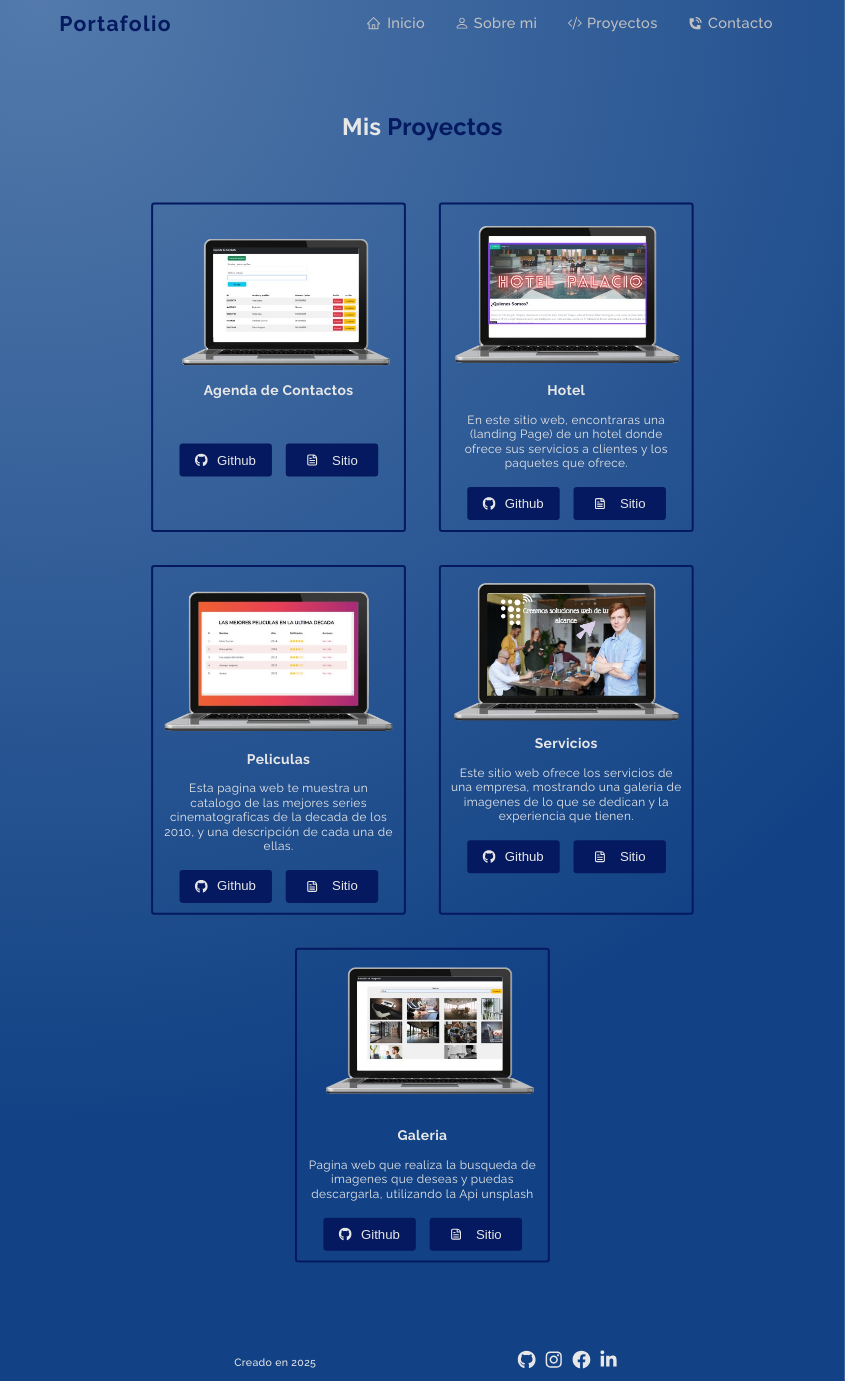
Repository: Francisco-Escobar99/portafolio
Page: /Project
The author's editor kept a copy of each file at every save. The page is drawn from the files as they stood at one save, then again after the next save.
The browser window is 1280 px wide. The pictures show the whole page, at 66% of full size.
The project was rebuilt for these pictures with package versions that can differ from the ones it lists, and the page was loaded fresh each time. Also part of the build but not shown: vite.config.js, src/Components/Type.jsx, src/Components/Home.jsx, src/Components/Skills.jsx, src/Components/About.jsx, src/Components/Contact.jsx, src/App.css.

Above is the page before, as saved 2026-02-17 23:08:49.

### index.html
<!doctype html>
<html lang="en">
  <head>
    <meta charset="UTF-8" />
    <meta name="viewport" content="width=device-width, initial-scale=1.0" />
    <meta name="viewport"    content="width=device-width, initial-scale=1" />
    <meta name="author" content="Francisco Escobar">
    <meta name="description" content="Personal portfolio made using Reactjs"/>
    <meta property="og:title" content="Francisco Escobar portafolio">
    <meta property="og:type" content="Website">

    <title>Portafolio</title>
    <link href="https://fonts.googleapis.com/css2?family=Raleway:wght@100;400;500;700&display=swap" rel="stylesheet">
    <link rel="preconnect" href="https://fonts.googleapis.com">
    <link rel="preconnect" href="https://fonts.gstatic.com" crossorigin>
  </head>
  <body>
    <div id="root"></div>
    <script type="module" src="/src/main.jsx"></script>
  </body>
</html>

### src/App.jsx
import { Route, Routes, useLocation } from "react-router-dom";
import { useEffect, useState } from "react";
import { TransitionGroup, CSSTransition } from "react-transition-group";
import Nav from "./Components/Navbar";
import Footer from "./Components/Footer";
import Home from "./Components/Home";
import About from "./Components/About";
import Project from "./Components/Projects";
import Contact from "./Components/Contact";
import MoveToTop from "./Components/MoveToTop";
import CircleLoader from "react-spinners/CircleLoader";
import "./App.css";
2
function App() {
  const [loading, setLoading] = useState(true);
  const location = useLocation();

  useEffect(() => {
    setLoading(true);

    setTimeout(() => {
      setLoading(false);
    }, 1900);
  }, []);

  return (
    <div>
      {loading ? (
        <div className="loader">
          <CircleLoader
            color={"#011c38"}
            loading={true}
            size={100}
            aria-label="Loading Spinner"
            data-testid="loader"
          />
        </div>
      ) : (
        <>
          <Nav />
          <MoveToTop />

          <TransitionGroup>
            <CSSTransition key={location.key} classNames="fade" timeout={500}>
              <Routes location={location}>
                <Route path="/" element={<Home />} />
                <Route path="/About" element={<About />} />
                <Route path="/Project" element={<Project />} />
                <Route path="/Contact" element={<Contact />} />
              </Routes>
            </CSSTransition>
          </TransitionGroup>

          <Footer />
        </>
      )}
    </div>
  );
}

export default App;

### src/index.css
* {
  margin: 0;
  padding: 0;
}

#root {
  min-height: 100vh;
  position: relative;
  overflow-x: hidden;
  -webkit-tap-highlight-color: transparent;
  --color: #04195f;
}
body {
  font-family: "Raleway", sans-serif;
  background: radial-gradient(
    1700px circle at 4.48% 0%,
    #537aab 0%,
    #124285 100%
  );
  color: #e7e7e7;
  min-height: 100vh;
}

b {
  font-weight: 900;
  color: var(--color);
}

.loader {
  height: 100vh;
  display: flex;
  justify-content: center;
  align-items: center;
}
button {
  font-size: 20px;
  display: inline-flex;
  align-items: center;
  justify-content: space-evenly;
  width: 40%;
  margin: 25px 3% 0;
  padding: 10px;
  border-radius: 5px;
  background-color: var(--color);
  color: #e7e7e7;
  height: 50px;
  cursor: pointer;
  text-decoration: none;
  border-style: none;
}

button:hover {
  color: var(--color);
  background-color: #e7e7e7;
  transition: all ease-in-out 0.3s;
}

/* Scrollbar */
::-webkit-scrollbar {
  width: 10px;
  scroll-behavior: smooth;
}
::-webkit-scrollbar-track {
  background: #274656;
  border-radius: 100px;
}
::-webkit-scrollbar-thumb {
  background: #01111a;
  border-radius: 100px;
}

/* NAVBAR */

.Navbar {
  display: flex;
  justify-content: space-between;
  align-items: center;
  position: fixed;
  width: 100%;
  z-index: 2;
  height: 70px;
  top: 0;
  transition: all 0.7s;
}

.blur {
  background-color: #01111a8d;
  backdrop-filter: blur(15px);
  -webkit-backdrop-filter: blur(20px);
}

.Logo {
  font-size: 32px;
  letter-spacing: 2px;
  padding-left: 7%;
  color: var(--color);
  display: flex;
  align-items: center;
  text-align: center;
  cursor: pointer;
}

.NavbarLinks {
  display: flex;
  justify-content: space-between;
  align-items: center;
  padding-right: 7%;
  font-weight: 500;
  font-size: 22px;
}

.NavbarLinks li {
  padding: 2px 20px;
  list-style-type: none;
}

.NavbarLinks a {
  color: #c2c1c2;
  display: flex;
  align-items: center;
  justify-content: space-between;
  position: relative;
  width: 95%;
  padding: 2px 7px;
  letter-spacing: 0.5px;
  text-decoration: none;
}

.NavbarLinks a:hover {
  color: #ffffff;
}
.NavbarLinks a::after {
  background-color: #ffffff;
  content: "";
  position: absolute;
  height: 3px;
  left: 5px;
  bottom: 0;
  width: 0px;
  border-radius: 2px;
  transition: 0.3s;
}
.NavbarLinks a:hover:after {
  width: 95%;
}
.Hamburger {
  display: none;
}

@media (max-width: 800px) {
  .Navbar {
    width: 100%;
  }

  .NavbarLinks {
    font-size: 26px;
    display: flex;
    flex-direction: column;
    justify-content: flex-start;
    position: fixed;
    inset: 0 0 0 50%;
    gap: 50px;
    background-color: #0c2f69;
    height: 100vh;
    padding-top: max(20%, 120px);
    transform: translateX(100%);
    transition: 0.5s;
  }

  .showNavbar {
    transform: translateX(0);
  }

  .Hamburger {
    display: block;
    z-index: 2;
    padding: 5px;
    padding-right: 7%;
    cursor: pointer;
  }

  .bar {
    display: block;
    background-color: #e7e7e7;
    border-radius: 50px;
    height: 2.5px;
    width: 30px;
    margin: 6px;
    transition: 0.5s;
  }
  .barOne {
    rotate: -225deg;
    position: relative;
    top: 4px;
    transition: 0.5s;
  }
  .barTwo {
    display: none;
  }
  .barThree {
    position: relative;
    bottom: 4px;
    rotate: 225deg;
    transition: 0.5s;
  }
}

/* HOME PAGE */

.HomePage {
  display: flex;
  justify-content: space-evenly;
  min-height: 80vh;
  margin-top: 100px;
  margin-bottom: -50px;
  align-items: center;
}
.HomeText h1 {
  font-weight: 600;
  font-size: 38px;
  letter-spacing: 0.7px;
  padding-top: 10px;
}

.TypeEffect {
  padding: 25px 0px;
  font-weight: 600;
  font-size: 32px;
  letter-spacing: 0.6px;
}
.Avatar {
  height: 355px;
  width: 600px;
  mix-blend-mode: screen;
}

@media (max-width: 900px) {
  .HomePage {
    display: block;
    text-align: center;
    margin-top: 150px;
    padding: 25px;
  }
  .HomeText {
    text-align: left;
    display: inline-block;
  }
}

@media (max-width: 500px) {
  .HomePage {
    min-height: 70vh;
  }
  .NavbarLinks {
    inset: 0 0 0 30%;
  }
  .HomeText h1 {
    font-weight: 500;
    font-size: 28px;
  }
  .TypeEffect {
    font-weight: 500;
    font-size: 24px;
  }
}

/* ABOUT */

.AboutPage {
  display: flex;
  justify-content: space-evenly;
  min-height: 80vh;
  margin-top: 100px;
  align-items: center;
  padding: 25px;
}

.AboutText {
  width: 50%;
  font-weight: 500;
  font-size: 20px;
  line-height: 30px;
  letter-spacing: 1.2px;
}
.AboutTextHeading {
  font-size: 35px;
  font-weight: 600;
  padding-bottom: 40px;
}
.AboutText a {
  color: var(--color);
  text-decoration: underline;
  font-weight: bold;
}

.PortadaAvatar{
  height: 400px;
  width: 440px;

}

@media (max-width: 900px) {
  .AboutPage {
    display: block;
    text-align: center;
    padding: 30px;
  }
  .AboutText {
    text-align: left;
    display: inline-block;
    width: 95%;
    line-height: 24px;
    letter-spacing: 0.6px;
    margin-bottom: 80px;
  }
  .AboutTextHeading {
    font-size: 26px;
  }

  .Avatar {
    width: 200px;
    margin-bottom: 75px;
  }

  .PortadaAvatar{
      width: 300px;
      margin-bottom: 70px;
  }
}

/* Skills section */
.skills {
  display: flex;
  flex-wrap: wrap;
  justify-content: center;
  margin: 50px 10%;
}

.SkillBox {
  width: max(15%, 150px);
  height: 150px;
  display: flex;
  align-items: center;
  justify-content: center;
  margin: 0px 25px 25px 0px;
  border: 3px solid var(--color);
  font-size: 64px;
  border-radius: 5px;
  transition: 0.5s;
}
.SkillBox:hover {
  transform: scale(1.2);
  background-color: var(--color);
  border: none;
}

.SkillsHeading {
  text-align: center;
  margin: 50px 10px;
  font-size: 36px;
  letter-spacing: 0.6px;
}

@media (max-width: 500px) {
  .AboutText {
    font-size: 16px;
  }
  .Avatar {
    width: 200px;
    margin-bottom: 25px;
  }

  .SkillsHeading {
    font-size: 26px;
  }
  .SkillBox {
    width: 100px;
    height: 100px;
    font-size: 50px;
  }
}
/* Project */
.projectHeading {
  text-align: center;
  padding: 70px 0;
  letter-spacing: 0.4px;
  font-size: 36px;
  margin-top: 100px;
}

.project {
  display: flex;
  flex-wrap: wrap;
  justify-content: center;
  margin: 25px 5%;
}

.projectBox {
  width: 350px;
  border: 3px solid var(--color);
  border-radius: 5px;
  text-align: center;
  padding: 15px;
  letter-spacing: 0.5px;
  font-size: 18px;
  line-height: 22px;
  margin: 0px 25px 50px 25px;
  transition: 0.5s;
}
.projectBox:hover {
  transform: scale(1.05);
  background-color: rgb(27, 39, 125);
}

.projectPhoto {
  display: block;
  width: 100%;
  margin: 0px 0px;
}

/* FOOTER */

footer {
  width: 90%;
  height: 40px;
  margin: 10px auto;
  margin-top: 80px;
  letter-spacing: 0.5px;
  display: flex;
  flex-wrap: wrap;
  align-items: center;
  justify-content: space-evenly;
  position: relative;
  bottom: 0px;
  text-align: center;
}

footer h4 {
  margin: 0 25px;
  font-weight: 500;
}

.footerLinks {
  display: flex;
  width: 180px;
  font-size: 28px;
  justify-content: space-evenly;
}

.footerLinks a {
  text-decoration: none;
  color: inherit;
}
.footerLinks a:hover {
  scale: 1.5;
  color: var(--color);
  transition: all ease-in-out 0.3s;
}

@media (max-width: 750px) {
  footer {
    height: 110px;
  }
}

.contact-container {
  position: relative;
  margin-top: 50%;
  padding: 20px;
  border-radius: 10px;
  max-width: 400px;
  margin: auto;
}

.contact-container h2 {
  margin-top: 30%;
  text-align: center;
  color: var(--color);
}

.form-group {
  margin-bottom: 20px;
}

.form-group label {
  display: block;
  margin-bottom: 5px;
  color: #ffffff;
}

.form-group input,
.form-group textarea {
  width: 100%;
  padding: 10px;
  border: none;
  border-radius: 5px;
}

.form-group textarea {
  height: 100px;
}
a .submit-btn {
  margin: 0 auto;
  display: flex;
  width: 60%;
}
a {
  text-decoration: none;
}
.submitted-message {
  text-align: center;
  color: #ffffff;
  font-weight: bold;
  margin-top: 20px;
}

### src/Components/Navbar.jsx
import React from "react";
import { useState } from "react";
import { Link } from "react-router-dom";
import { AiOutlineHome } from "react-icons/ai";
import { BsPerson, BsCodeSlash } from "react-icons/bs";
import { CgPhone } from "react-icons/cg";

const Nav = () => {
  const [navbarblur, setnavbarblur] = useState(false);

  function scrollHandler() {
    if (window.scrollY >= 20) {
      setnavbarblur(true);
    } else {
      setnavbarblur(false);
    }
  }

  var showMenu = () => {
    var bar = document.getElementsByClassName("bar");
    var ham = document.getElementsByClassName("NavbarLinks");
    bar[0].classList.toggle("barOne");
    bar[1].classList.toggle("barTwo");
    bar[2].classList.toggle("barThree");

    ham[0].classList.toggle("showNavbar");
  };

  var hideMenu = () => {
    var bar = document.getElementsByClassName("bar");
    var ham = document.getElementsByClassName("NavbarLinks");
    bar[0].classList.remove("barOne");
    bar[1].classList.remove("barTwo");
    bar[2].classList.remove("barThree");
    ham[0].classList.remove("showNavbar");
  };

  window.addEventListener("scroll", scrollHandler);

  return (
    <nav className={navbarblur ? "Navbar blur" : "Navbar"} translate="no">
      <h1
        title="Reload"
        onClick={() => window.location.reload(true)}
        className="Logo"
      >
        Portafolio
      </h1>

      <div className="Hamburger" onClick={showMenu}>
        <span className="bar"></span>
        <span className="bar"></span>
        <span className="bar"></span>
      </div>

      <ul className="NavbarLinks">
        <li onClick={hideMenu}>
          <Link to="/">
            <AiOutlineHome /> Inicio
          </Link>
        </li>
        <li onClick={hideMenu}>
          <Link to="/About">
            <BsPerson /> Sobre mi
          </Link>
        </li>
        <li onClick={hideMenu}>
          <Link to="/Project">
            <BsCodeSlash /> Proyectos
          </Link>
        </li>
        <li onClick={hideMenu}>
          <Link to="/Contact">
            <CgPhone />
            Contacto
          </Link>
        </li>
      </ul>
    </nav>
  );
};

export default Nav;

### src/Components/Footer.jsx
import React from "react";
import { FaGithub, FaInstagram, FaFacebook, FaLinkedinIn  } from "react-icons/fa";


const Footer = () => {
  const date = new Date();
  let year = date.getFullYear();
  return (
    <footer>
      <h4>Creado en {year} </h4>
      <div className="footerLinks">
        <a href="https://github.com/Francisco-Escobar99" target="_blank">
          <FaGithub />
        </a>
        <a href="https://www.instagram.com/francisco_escobar05/" target="_blank">
          <FaInstagram />
        </a>
        <a href="https://www.facebook.com/franciscoantonio.escobarovilla/" target="_blank">
          <FaFacebook />
        </a>
        <a href="https://www.linkedin.com/in/francisco-antonio-escobar-ovilla-326920212/" target="_blank">
          <FaLinkedinIn />
        </a>
      </div>
    </footer>
  );
};

export default Footer;

### src/Components/Projects.jsx
import React from "react";
import ProjectBox from "./ProjectBox";
import AgendaImage from "../images/Agenda.png";
import HotelImage from "../images/Hotel.png";
import PeliculasImage from "../images/MejoresPeliculas.png";
import ServicioImage from "../images/Servicio.png";
import GaleriaImage from "../images/Galeria.png"

const Projects = () => {
  return (
    <div>
      <h1 className="projectHeading">
        Mis <b>Proyectos</b>
      </h1>
      <div className="project">
        <ProjectBox projectPhoto={AgendaImage} projectName="Agenda de Contactos" />
        <ProjectBox projectPhoto={HotelImage} projectName="Hotel" />
        <ProjectBox projectPhoto={PeliculasImage} projectName="Peliculas" />
        <ProjectBox projectPhoto={ServicioImage} projectName="Servicios" />
        <ProjectBox projectPhoto={GaleriaImage} projectName="Galeria"/>
      </div>
    </div>
  );
};

export default Projects;

### src/Components/MoveToTop.jsx
import { useEffect } from "react";
import { useLocation } from "react-router-dom";

const MoveToTop = () => {
  const path = useLocation();

  useEffect(() => {
    window.scrollTo(0, 0);
  }, [path]);
};

export default MoveToTop;

### src/Components/ProjectBox.jsx
import React from "react";
import { FaGithub } from "react-icons/fa";
import { CgFileDocument } from "react-icons/cg";

const ProjectBox = ({ projectPhoto, projectName }) => {
  const desc = {
    AgendaDesc:
      "Este sitio web representa una agenda de contactos, donde los usuarios podran guardar informacion telefónica.",
    AgendaGithub: "https://github.com/Francisco-Escobar99/agenda",
    AgendaWebsite: "https://agenda-contact.netlify.app/",

    HotelDesc:
      "En este sitio web, encontraras una (landing Page) de un hotel donde ofrece sus servicios a clientes y los paquetes que ofrece.",
    HotelGithub: "https://github.com/Francisco-Escobar99/LandingPageHotel",
    HotelWebsite: "https://hotelpalacio.netlify.app/",

    PeliculasDesc:
      "Esta pagina web te muestra un catalogo de las mejores series cinematograficas de la decada de los 2010, y una descripción de cada una de ellas.",
    PeliculasGithub: "https://github.com/Francisco-Escobar99/MejoresPeliculasD",
    PeliculasWebsite: "https://francisco-escobar99.github.io/MejoresPeliculasD/",

    ServiciosDesc:
      "Este sitio web ofrece los servicios de una empresa, mostrando una galeria de imagenes de lo que se dedican y la experiencia que tienen.",
    ServiciosGithub: "https://github.com/Francisco-Escobar99/ProyectoCybac",
    ServiciosWebsite: "https://empresa-info.netlify.app/",

    GaleriaDesc:
    "Pagina web que realiza la busqueda de imagenes que deseas y puedas descargarla, utilizando la Api unsplash",
    GaleriaGithub: "https://github.com/Francisco-Escobar99/galeria",
    GaleriaWebsite: "https://galeria-imagenes00.netlify.app/",
  };

  return (
    <div className="projectBox" translate="no">
      <img className="projectPhoto" src={projectPhoto} alt="Project display" />
      <div>
        <br />
        <h3>{projectName}</h3>
        <br />
        {desc[projectName + "Desc"]}
        <br />

        <a href={desc[projectName + "Github"]} target="_blank">
          <button className="projectbtn">
            <FaGithub /> Github
          </button>
        </a>

        <a href={desc[projectName + "Website"]} target="_blank">
          <button className="projectbtn">
            <CgFileDocument /> Sitio
          </button>
        </a>
      </div>
    </div>
  );
};
export default ProjectBox;

Loaded but not shown: src/main.jsx (common file)

After the next save:
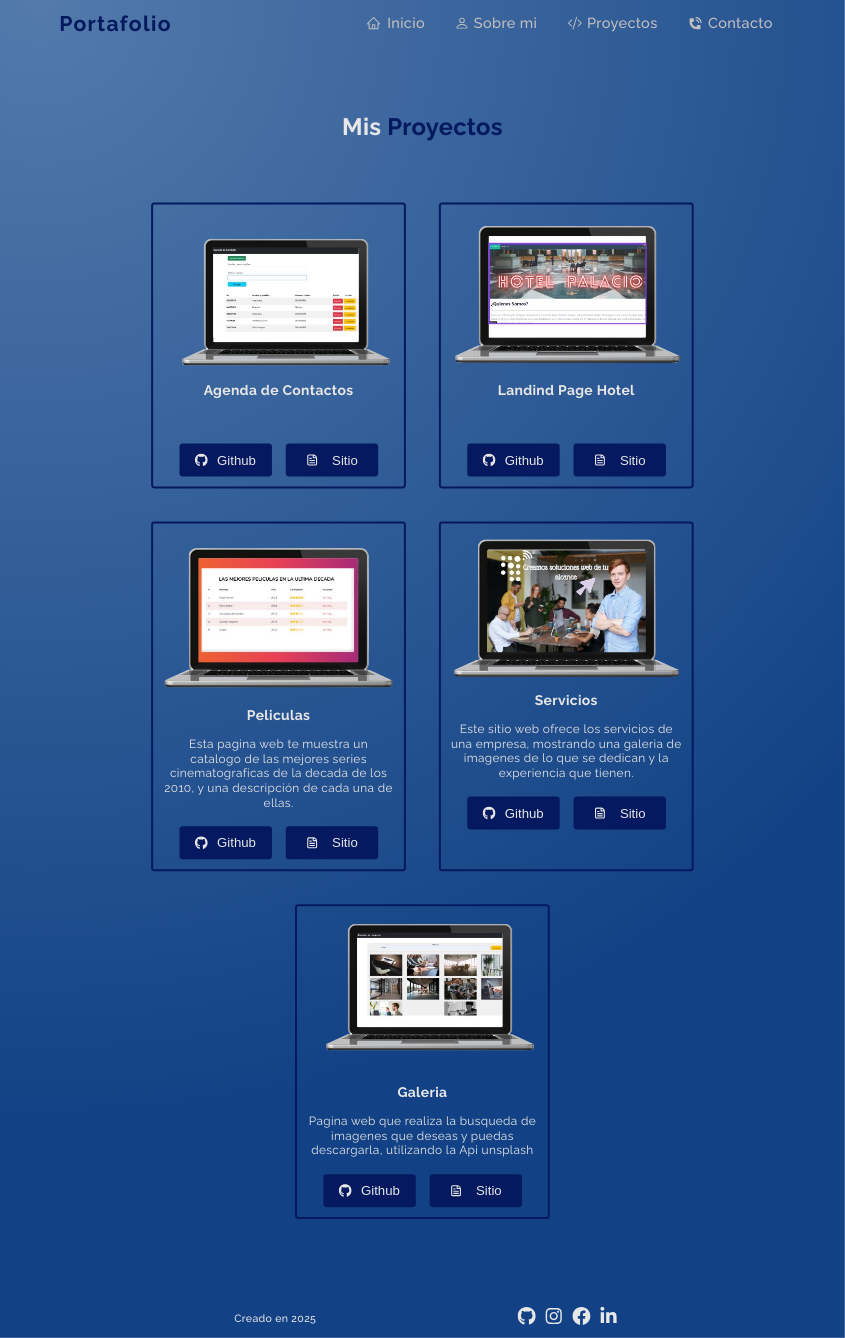
Saved 79 s later.
--- a/src/Components/Projects.jsx
+++ b/src/Components/Projects.jsx
@@ -14,7 +14,7 @@
       </h1>
       <div className="project">
         <ProjectBox projectPhoto={AgendaImage} projectName="Agenda de Contactos" />
-        <ProjectBox projectPhoto={HotelImage} projectName="Hotel" />
+        <ProjectBox projectPhoto={HotelImage} projectName="Landind Page Hotel" />
         <ProjectBox projectPhoto={PeliculasImage} projectName="Peliculas" />
         <ProjectBox projectPhoto={ServicioImage} projectName="Servicios" />
         <ProjectBox projectPhoto={GaleriaImage} projectName="Galeria"/>
